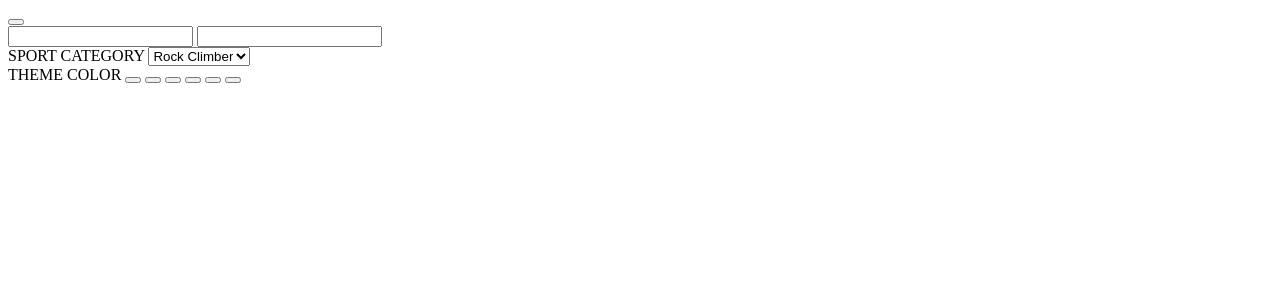
Repository: zRush1202/LoginPage-demo
Page: dom/exercise/login.html
An editor plug-in stored every save of this project. The page is shown before and after the next save, followed by the edit.
The browser window is 1280 px wide. The pictures show the whole page.

Above is the page before, as saved 2023-09-17 08:59:29.

### dom/exercise/login.html
<!DOCTYPE html>
<html lang="en">
<head>
    <meta charset="UTF-8">
    <meta name="viewport" content="width=device-width, initial-scale=1.0">
    <title>Login page</title>
    <link rel="stylesheet" href="login.css">
</head>
<body>
    <div>
        <div>
            <button></button>
            <span></span>
        </div>
        <div>
            <input type="USERNAME">
            <input type="PASSWORD">
        </div>
        <div>
            <label for="sport">SPORT CATEGORY</label>
            <select name="sport" id="sport">
                <option value="rc">Rock Climber</option>
                <option value="fb">Football</option>
                <option value="bkb">basketball</option>
                <option value="sm">swimming</option>
            </select>
        </div>
        <div>
            <span>THEME COLOR</span>
            <button class="bgc" style="color: pink;"></button>
            <button class="bgc" style="color: wheat;"></button>
            <button class="bgc" style="color: green;"></button>
            <button class="bgc" style="color: violet;"></button>
            <button class="bgc" style="color: cyan;"></button>
            <button class="bgc" style="color: gray;"></button>
        </div>
    </div>
</body>
</html>

Loaded but not shown: dom/exercise/login.css (no stored copy; drawn as an empty file)

After the next save:
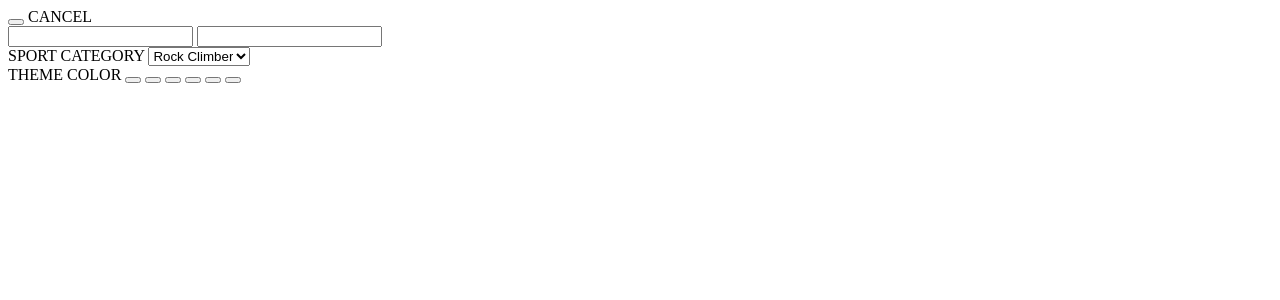
Saved 103 s later.
--- a/dom/exercise/login.html
+++ b/dom/exercise/login.html
@@ -8,9 +8,9 @@
 </head>
 <body>
     <div>
-        <div>
-            <button></button>
-            <span></span>
+        <div class="cancel">
+            <button class="X"></button>
+            <span class="cancel">CANCEL</span>
         </div>
         <div>
             <input type="USERNAME">
